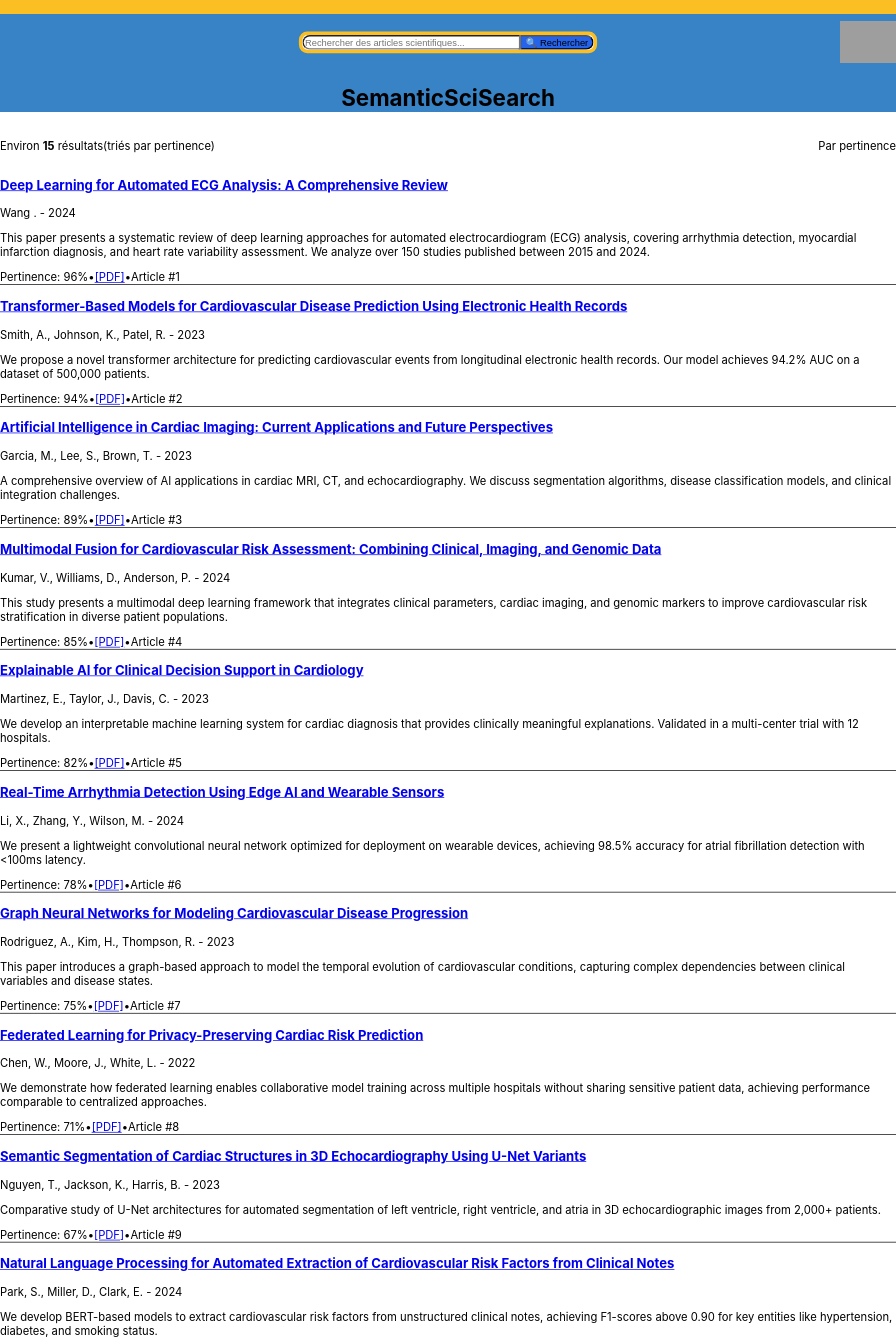
Repository: elh33/SemanticSciSearch
Page: / (app in frontend/)
An editor plug-in stored every save of this project. The page is shown before and after a run of saves, followed by the edit.
The browser window is 1280 px wide. The pictures show the part of the page from y = 0 to 1920 px (the page is 2756 px tall before and 2766 px after), at 70% of full size.
Pictures or frames that could not be fetched are drawn as grey boxes. The project was rebuilt for these pictures with package versions that can differ from the ones it lists, and the page was loaded fresh each time.

Above is the page before, as saved 2025-11-21 23:04:56.

After the next 2 saves:
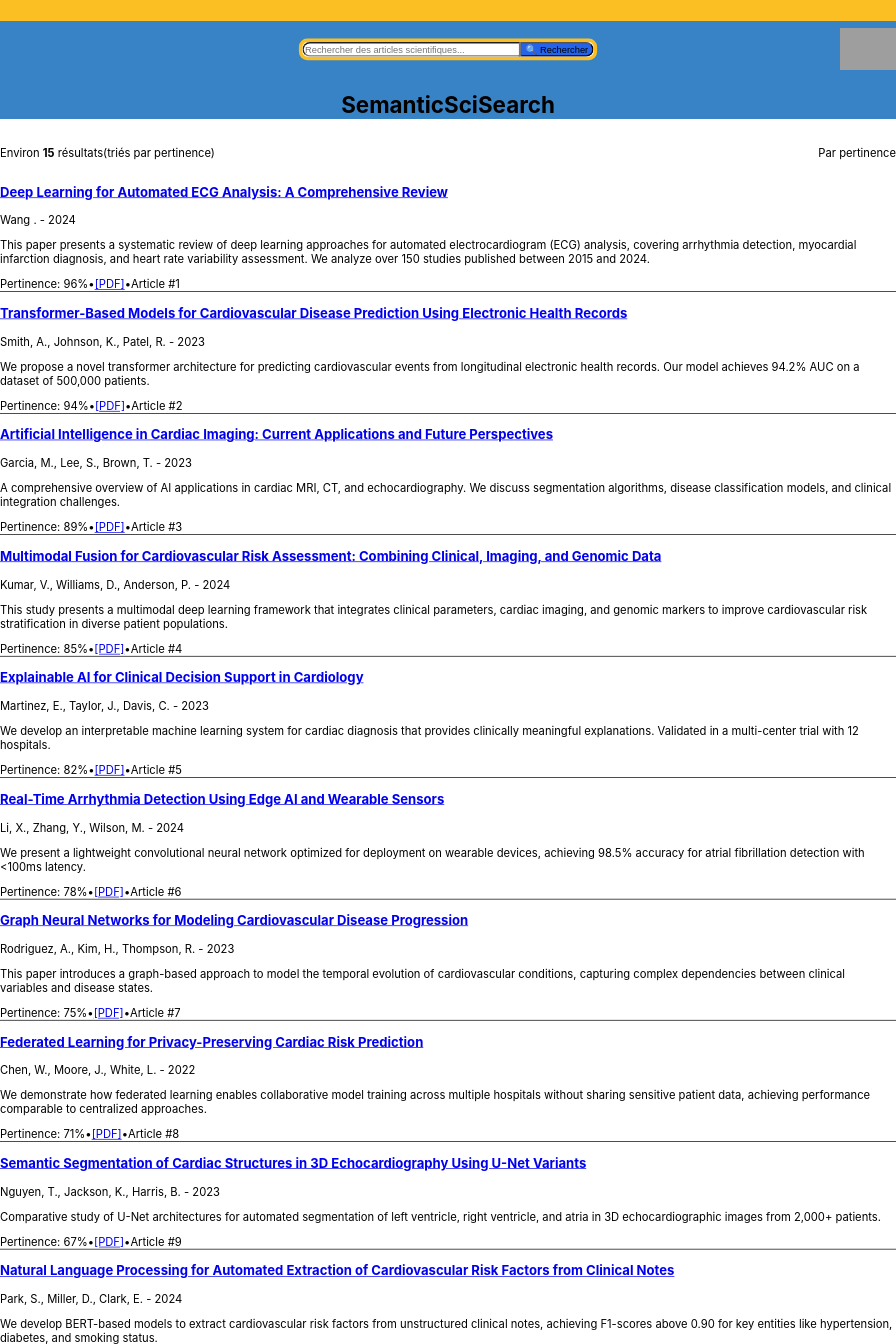
The 2 saves are shown as one change because they came seconds apart.
The last was saved 9 s later.
--- a/frontend/src/components/SearchResults.tsx
+++ b/frontend/src/components/SearchResults.tsx
@@ -39,7 +39,7 @@ const SearchResults: React.FC = () => {
   return (
     <div className="min-h-screen bg-white">
       {/* BARRE JAUNE EN HAUT */}
-      <div style={{ backgroundColor: '#fbbf24', height: '20px' }} className="w-full"></div>
+      <div style={{ backgroundColor: '#fbbf24', height: '30px' }} className="w-full"></div>
 
       {/* En-tête avec fond bleu - GRANDE BARRE */}
       <div style={{ backgroundColor: '#3883c5ff' }} className="sticky top-0 z-10 shadow-lg">
